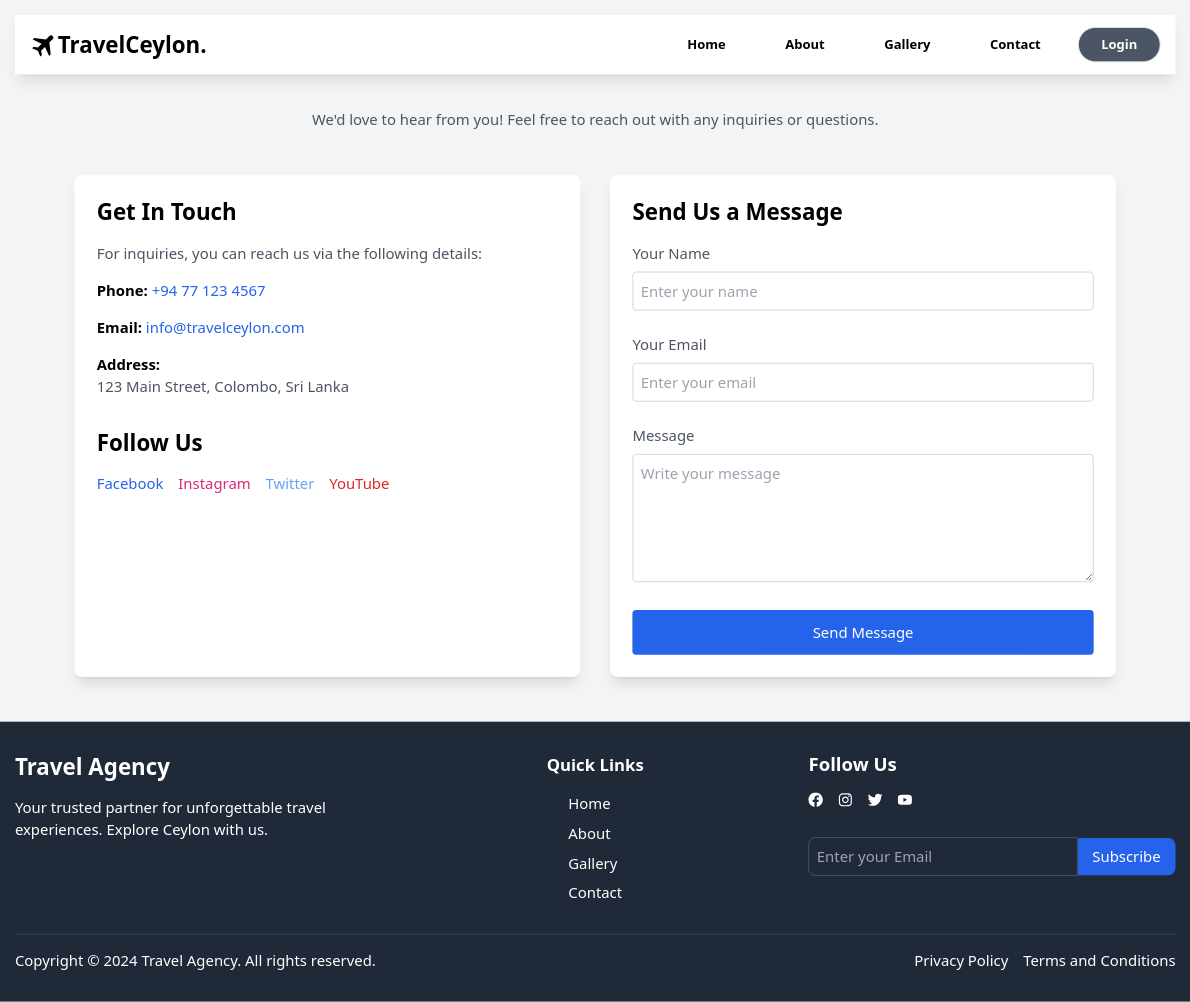
Repository: thisara199/Travel-Agency-Website
Page: /contact
An editor plug-in stored every save of this project. The page is shown before and after the next save, followed by the edit.
The browser window is 1280 px wide. The pictures show the whole page, at 93% of full size.
The project was rebuilt for these pictures with package versions that can differ from the ones it lists, and the page was loaded fresh each time. Also part of the build but not shown: vite.config.js, src/components/HeroSection/HeroSection.jsx, src/components/FeaturedDestination/FeaturedDestination.jsx, src/components/Testimonials/Testimonials.jsx, src/components/Banner/Banner.jsx, src/pages/Home.jsx, src/components/TeamMembers/TeamMembers.jsx, src/pages/About.jsx.

Above is the page before, as saved 2024-09-04 19:49:10.

After the next save:
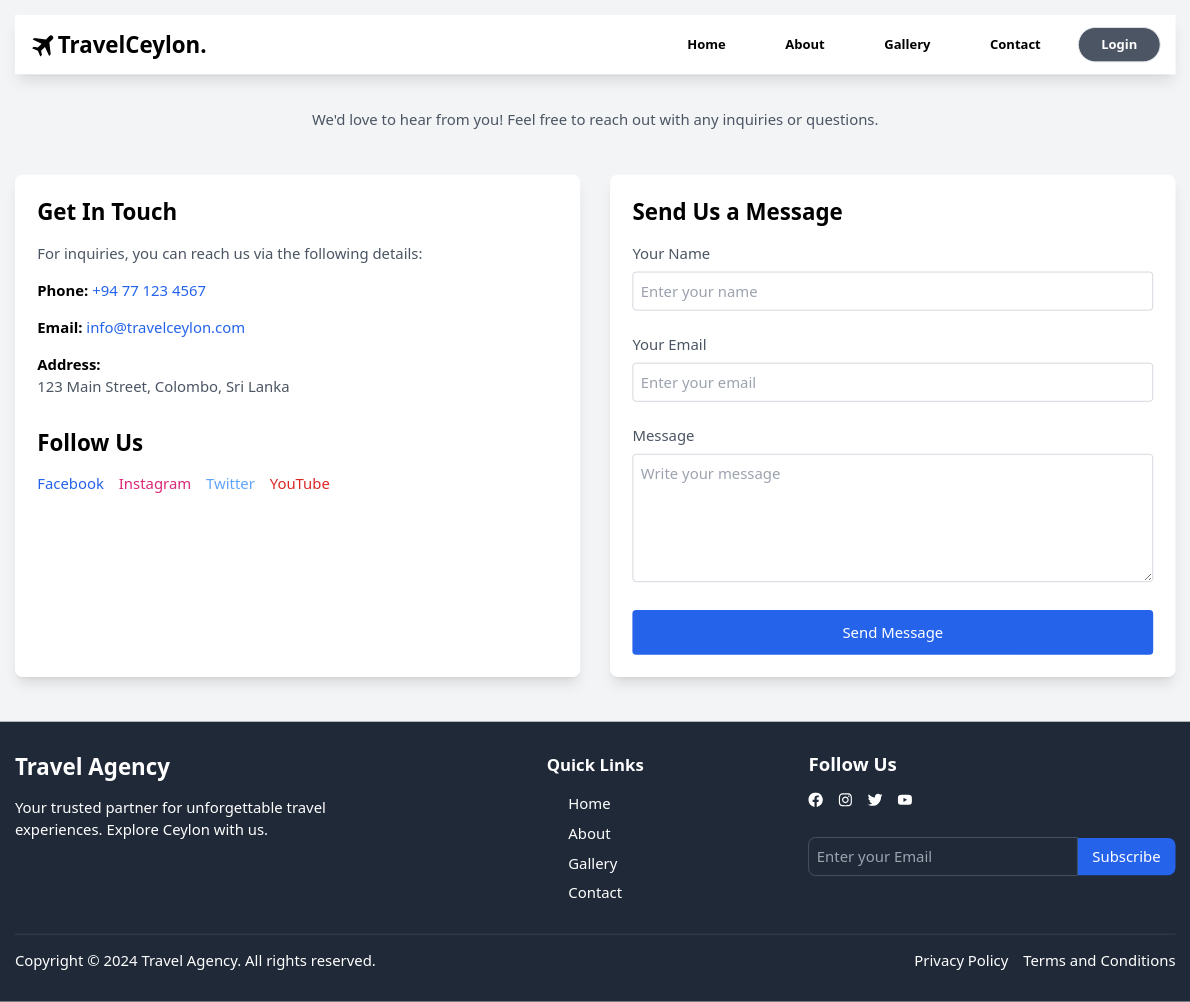
Saved 18 s later.
--- a/src/pages/Contact.jsx
+++ b/src/pages/Contact.jsx
@@ -1,6 +1,6 @@
 const Contact = () => {
   return (
-    <div className="px-16 py-12 overflow-x-hidden bg-gray-100"> {/* Added overflow-x-hidden */}
+    <div className="px-0 py-12 overflow-x-hidden bg-gray-100 "> {/* Added overflow-x-hidden */}
       <div className="container max-w-full px-4 mx-auto"> {/* Ensuring full width on all devices */}
         <h2 className="mb-8 text-3xl font-bold text-center">Contact Us</h2>
         <p className="mb-12 text-center text-gray-600">

After the save that followed:
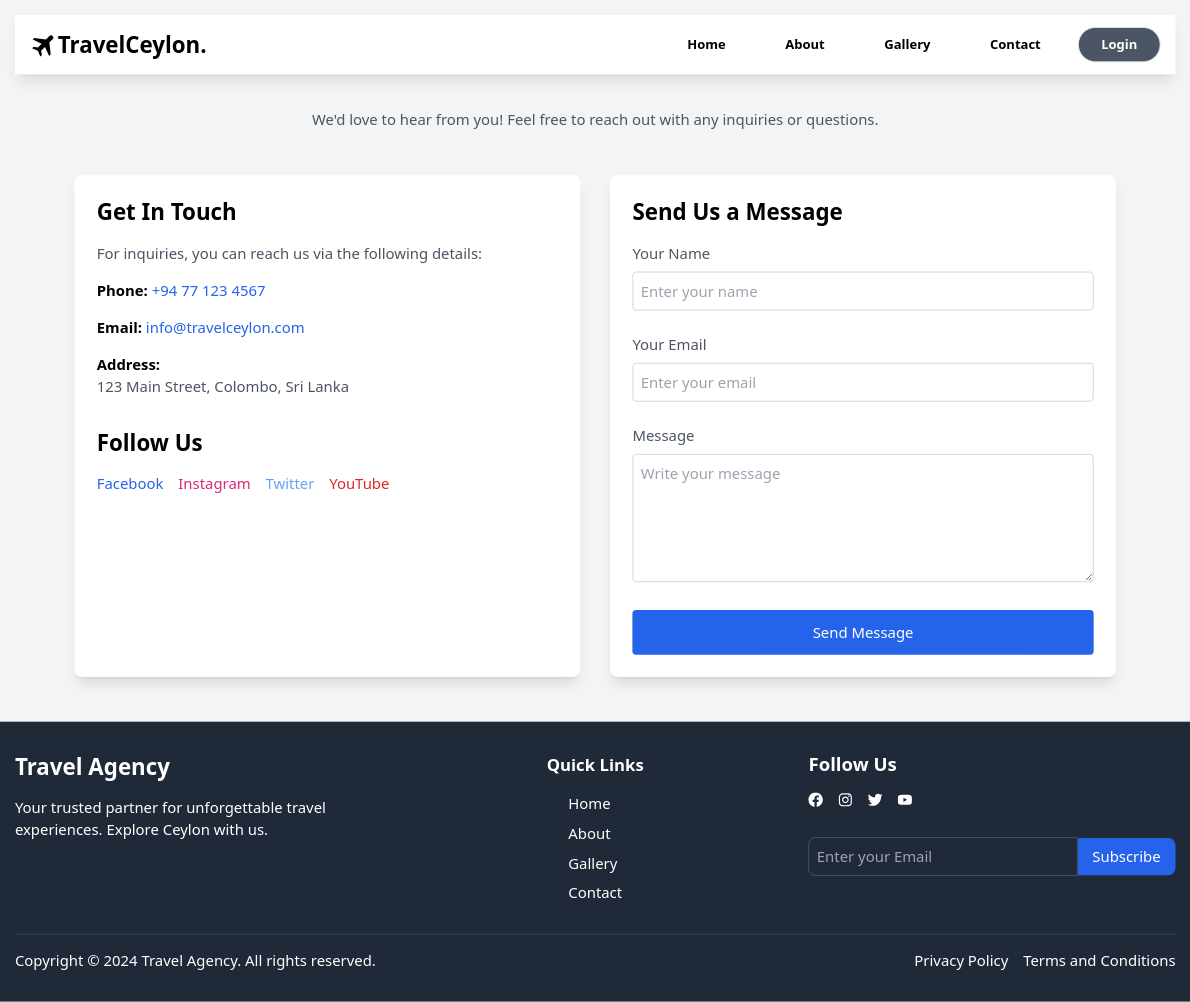
Saved 10 s later.
--- a/src/pages/Contact.jsx
+++ b/src/pages/Contact.jsx
@@ -1,6 +1,6 @@
 const Contact = () => {
   return (
-    <div className="px-0 py-12 overflow-x-hidden bg-gray-100 "> {/* Added overflow-x-hidden */}
+    <div className="px-0 py-12 overflow-x-hidden bg-gray-100 lg:px-16 "> {/* Added overflow-x-hidden */}
       <div className="container max-w-full px-4 mx-auto"> {/* Ensuring full width on all devices */}
         <h2 className="mb-8 text-3xl font-bold text-center">Contact Us</h2>
         <p className="mb-12 text-center text-gray-600">
